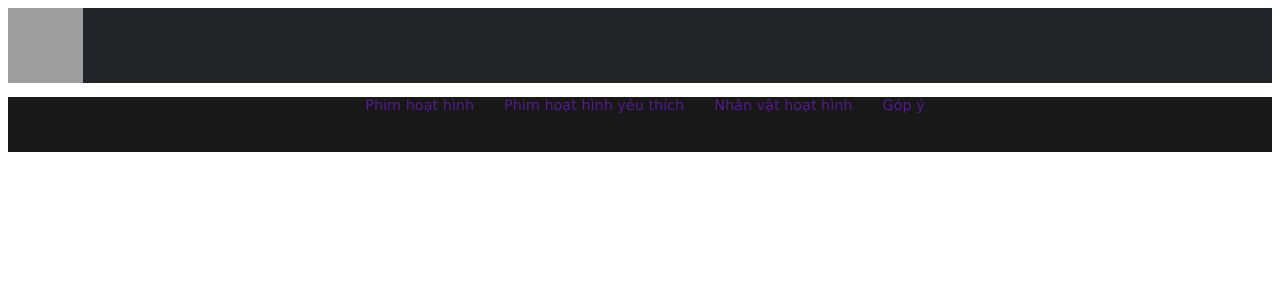
Repository: congle98/CSS_WebXemPhimYoutube
Page: index.html
These files come from the project's save history. The page is drawn as it stood at one moment and after a run of saves; the edit follows.
The browser window is 1280 px wide. The pictures show the whole page.
Pictures or frames that could not be fetched are drawn as grey boxes.

Above is the page before, as saved 2021-05-26 17:09:49.

### index.html
<!DOCTYPE html>
<html lang="en">
<head>
    <meta charset="UTF-8">
    <meta http-equiv="X-UA-Compatible" content="IE=edge">
    <meta name="viewport" content="width=device-width, initial-scale=1.0">
    <title>Document</title>
    <style>
        body{
            font-family: Verdana,sans-serif;
            font-size: 0.9em;
        }
        .col-1 {width: 8.33%;}
        .col-2 {width: 16.66%;}
        .col-3 {width: 25%;}
        .col-4 {width: 33.33%;}
        .col-5 {width: 41.66%;}
        .col-6 {width: 50%;}
        .col-7 {width: 58.33%;}
        .col-8 {width: 66.66%;}
        .col-9 {width: 75%;}
        .col-10 {width: 83.33%;}
        .col-11 {width: 91.66%;}
        .col-12 {width: 100%;}
        .header{
            position: relative;
            background-color: #212529;
            height:75px;
        }
        .header-logo{
            position: absolute;
        }
        .header-logo img{
            width: 75px;
            height: 75px;
        }
        .head-link{
            height: 55px;
            background-color:#181818;
        }
        .header-link-item{
            display: inline-block;
            margin-right: 30px;
        }
        .header-link-list{
            display: flex;
            justify-content:center;
        }
        .header-link-item a{
            text-decoration: none;
        }

    </style>
</head>
<body>
    <div class="header col-12">
        <div class="header-logo">
            <img src="/img/logo.png" alt="not fount">
        </div>
    </div>
    <div class="head-link col-12">
        <ul class="header-link-list">
            <li class="header-link-item"><a href="">Phim hoạt hình</a></li>
            <li class="header-link-item"><a href="">Phim hoạt hình yêu thích</a></li>
            <li class="header-link-item"><a href="">Nhân vật hoạt hình</a></li>
            <li class="header-link-item"><a href="">Góp ý</a></li>
        </ul>
    </div>
    <div class="content">

    </div>
    <div class="footer">

    </div>
</body>
</html>

After the next 3 saves:
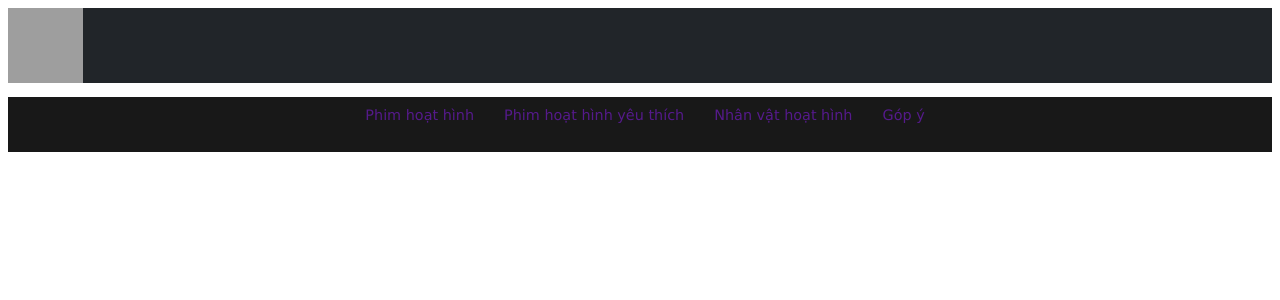
The 3 saves are shown as one change because they came seconds apart.
The last was saved 13 s later.
--- a/index.html
+++ b/index.html
@@ -40,6 +40,7 @@
         }
         .header-link-item{
             display: inline-block;
+            margin-top: 10px;
             margin-right: 30px;
         }
         .header-link-list{
